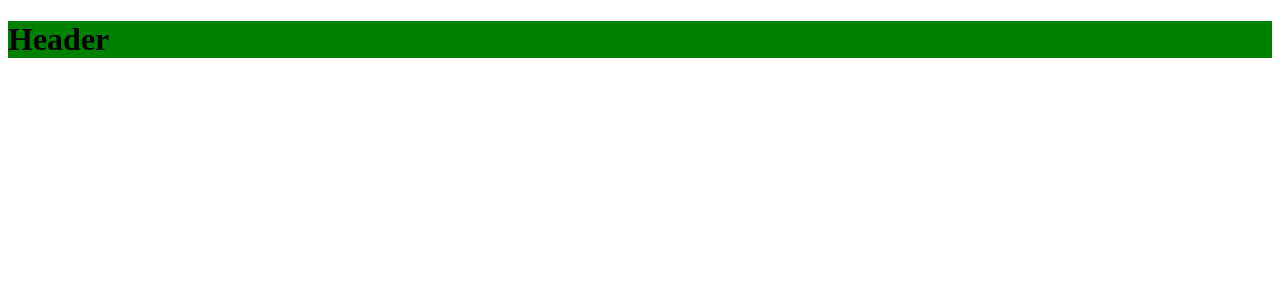
Repository: malkamu/Netflix-Clone2024
Page: / (app in NETFLIX/)
These files come from the project's save history. The page is drawn as it stood at one moment and after a run of saves; the edit follows.
The browser window is 1280 px wide. The pictures show the whole page.
The project was rebuilt for these pictures with package versions that can differ from the ones it lists, and the page was loaded fresh each time. Also part of the build but not shown: NETFLIX/vite.config.js, NETFLIX/src/index.css.

Above is the page before, as saved 2024-11-11 20:59:34.

After the next 6 saves:
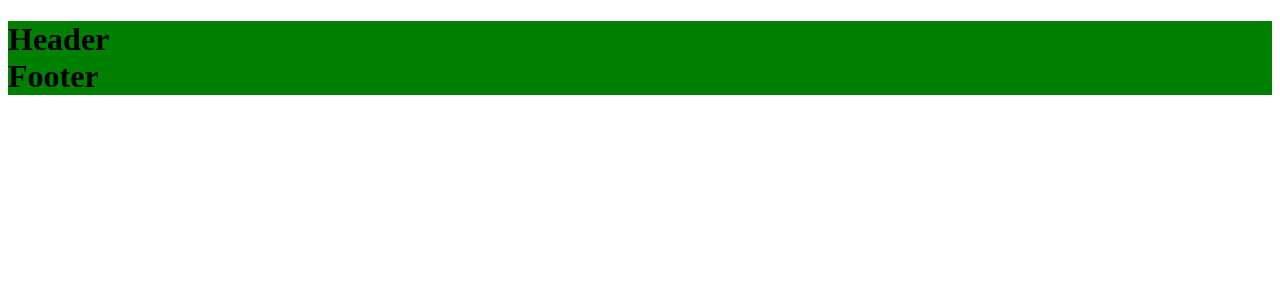
The 6 saves are shown as one change because they came seconds apart.
The last was saved 16 s later.
--- a/NETFLIX/src/Home/Home.jsx
+++ b/NETFLIX/src/Home/Home.jsx
@@ -1,12 +1,13 @@
 import React from 'react'
 import Header from '../Components/Header/Header';
+import Footer from '../Components/Header/Footer/Footer';
 
 
 const Home = () => {
   return (
     <div>
        <Header/>
-
+       <Footer/>
     </div>
   );
 }
